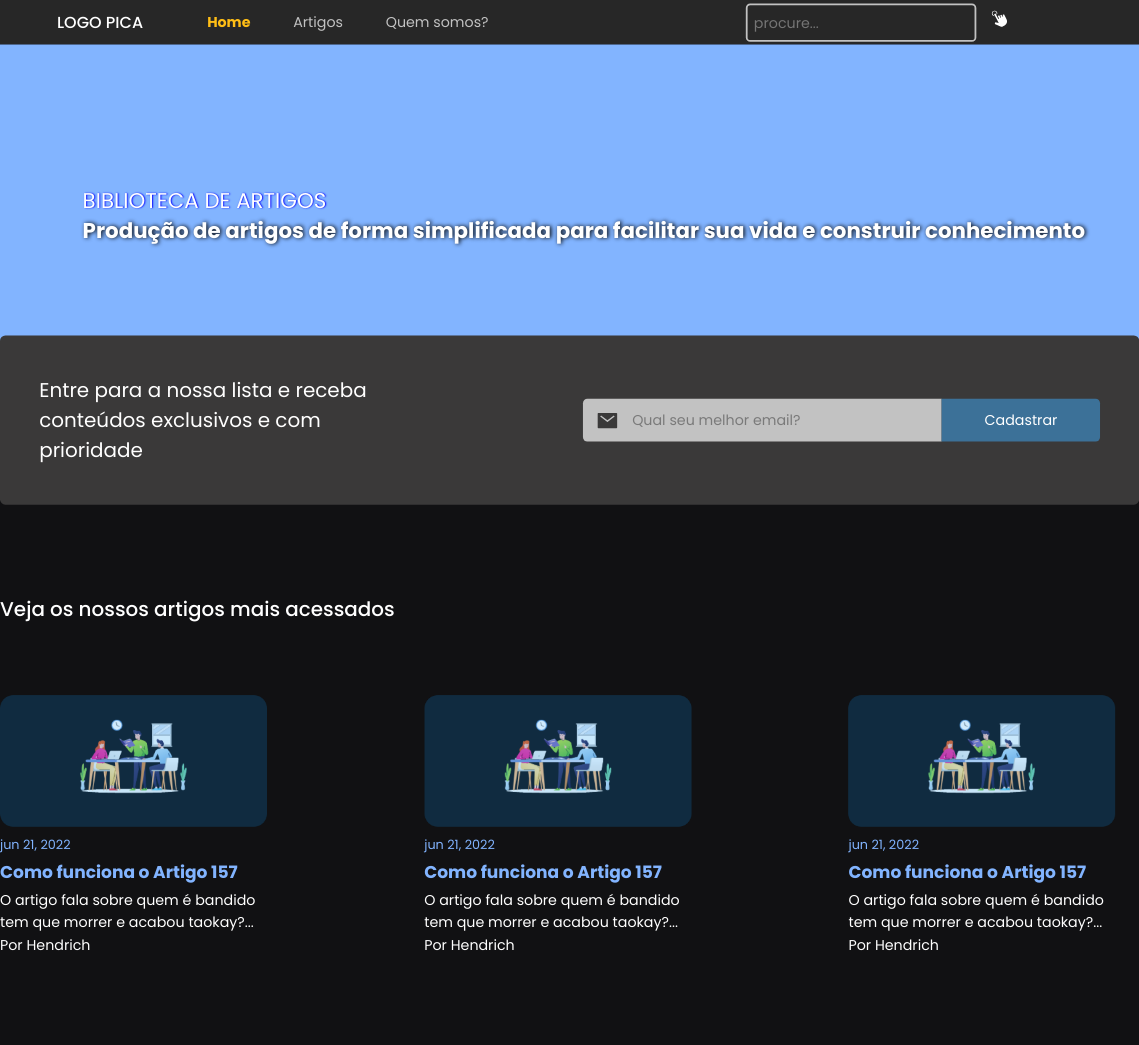
Repository: ArthurHendrich/Inepto
Page: /
An editor plug-in stored every save of this project. The page is shown before and after the next save, followed by the edit.
The browser window is 1280 px wide. The pictures show the whole page, at 89% of full size.
The project was rebuilt for these pictures with package versions that can differ from the ones it lists, and the page was loaded fresh each time. The framework's server and built-in components were replaced by stand-ins that run in the browser. Also part of the build but not shown: next.config.js.

Above is the page before, as saved 2022-07-06 21:22:20.

### src/pages/_app.tsx
import { AppProps } from "next/app";
import { Header } from "../components/header";

import '../styles/global.scss';

function MyApp({ Component, pageProps }: AppProps) {
  return (
    <>
    <Header />
    <Component {...pageProps} />
    </>
  );
}

export default MyApp;

### src/pages/_document.tsx
import Document, { Html, Head, Main, NextScript } from "next/document";

export default class MyDocument extends Document {
  render() {
    return (
      <Html>
        <Head>
          <link rel="preconnect" href="https://fonts.googleapis.com" />
          <link
            href="https://fonts.googleapis.com/css2?family=Poppins:wght@400;500;700;900&display=swap"
            rel="stylesheet"
          />
          <link rel="shortcut icon" href="favicon.png" type="image/png" />
        </Head>
        <body>
          <Main />
          <NextScript />
        </body>
      </Html>
    );
  }
}

### src/pages/index.tsx
import Head from "next/head";

import styles from "../styles/home.module.scss";

import { IoMailSharp } from 'react-icons/io5';

export default function Home() {
  return (
    <>
      <Head>
        <title>Direito Inepto</title>
      </Head>

      <main>
        <section className={styles.headerContainer}>
          <div className={styles.headerText}>
            <h1>BIBLIOTECA DE ARTIGOS</h1>
            <h2>
              Produção de artigos de forma simplificada para facilitar sua vida
              e construir conhecimento
            </h2>
          </div>
        </section>

        <section className={styles.inputContainer}>
          <h2>
            Entre para a nossa lista e receba conteúdos exclusivos e com
            prioridade
          </h2>
          <div className={styles.inputContent}>
            <div className={styles.ContentFake}>
              <IoMailSharp className={styles.mail}/>
              <input type="text" placeholder="Qual seu melhor email?" />
            </div>
              <button>Cadastrar</button>
          </div>
        </section>

        <section className={styles.acessContainer}>
          <div className={styles.acessTitle}>
            Veja os nossos artigos mais acessados
          </div>
          <div className={styles.acessContent}>
            <div className={styles.contentItem}>
              <img src="images/imagemteste.png" alt="teste" />
              <time>jun 21, 2022</time>
              <h2>Como funciona o Artigo 157</h2>
              <p>O artigo fala sobre quem é bandido tem que morrer e acabou taokay?...</p>
              <span>Por Hendrich</span>
            </div>
            <div className={styles.contentItem}>
              <img src="images/imagemteste.png" alt="teste" />
              <time>jun 21, 2022</time>
              <h2>Como funciona o Artigo 157</h2>
              <p>O artigo fala sobre quem é bandido tem que morrer e acabou taokay?...</p>
              <span>Por Hendrich</span>
            </div>
            <div className={styles.contentItem}>
              <img src="images/imagemteste.png" alt="teste" />
              <time>jun 21, 2022</time>
              <h2>Como funciona o Artigo 157</h2>
              <p>O artigo fala sobre quem é bandido tem que morrer e acabou taokay?...</p>
              <span>Por Hendrich</span>
            </div>
          </div>
        </section>
      </main>
    </>
  );
}

### src/components/header/index.tsx
import styles from "./styles.module.scss";
import { GiClick } from "react-icons/gi";
import { ActiveLink } from "../ActiveLink";
import { useState } from "react";



export function Header() {
  const [inputText, setInputText] = useState('');



  return (
    <header className={styles.headerContainer}>
      <div className={styles.headerContent}>
        <div className={styles.headerItens}>
          <div className={styles.headerLogo}>
            <ActiveLink href="/" activeClassName={styles.active}>
              <a>LOGO PICA</a>
            </ActiveLink>
          </div>

          <nav>
            <ActiveLink href="/" activeClassName={styles.active}>
              <a>Home</a>
            </ActiveLink>

            <ActiveLink href="/posts" activeClassName={styles.active}>
              <a>Artigos</a>
            </ActiveLink>

            <ActiveLink href="/sobre" activeClassName={styles.active}>
              <a>Quem somos?</a>
            </ActiveLink>
          </nav>
        </div>

        <div className={styles.headerSearch}>
          <input
            type="text"
            value={inputText}
            placeholder="procure..."
            onChange={(e) => setInputText(e.target.value)}
          />
          <GiClick className={styles.headerSearchIcon}/>
        </div>
      </div>
    </header>
  );
}

### src/styles/global.scss
* {
  margin: 0;
  padding: 0;
  box-sizing: border-box;
}

:root {
  --white: #FFF;

  --gray-100: #C2C2C2;
  --gray-200: #CCCCCC;
  --gray-300: #7a7a7a;
  --gray-400: #3A3939;
  --gray-500: #272727;
  --gray-900: #111113;

  --blue-200: #3C7198;
  --blue-500: #82B4FF;
  --blue-900: #95D2FF;

  --purple-header: #2F1C6A;
  --purple-content: #492E9E;

  --yellow-500: #FFBE16;
}

@media (max-width: 1080px) {
  html {
    font-size: 93.75%;
  }
}

@media (max-width: 720px) {
  html {
    font-size: 87.5%;
  }
}

body{
  background: var(--gray-900);
  color: var(--white);
}

body, input, textarea, select, button {
  font: 400 1rem 'Poppins', sans-serif;
}

button {
  cursor: pointer;
}

a {
  color: inherit;
  text-decoration: none;
}

### src/styles/home.module.scss
.headerContainer {
  min-height: calc(60vh - 3.125rem);
  margin: 0 auto;
  display: flex;
  justify-content: center;
  align-items: center;
  padding: 0 2rem;
  background: var(--blue-500);

  .headerText {
    padding-left: 2rem;

    font-size: rem;

    h1 {
      font-weight: 50;
      cursor: pointer;
      text-shadow: 1px 0px 2px blue;
    }

    h2{
      font-weight: 700;
      line-height: 2rem;
      text-shadow: 1.5px 0px 5px black;
      cursor: pointer;
    }
  }

  img {
    width: 75%
  }
}

.inputContainer {
  max-width: 1475px;
  margin: 0 auto;
  margin-top: -55px;
  margin-bottom: 100px;
  padding: 2.75rem;
  display: flex;
  align-items: center;
  border-radius: 6px;
  background: var(--gray-400);

  h2 {
    font-size: 1.4rem;
    font-weight: 100;
  }

  .inputContent {
    padding-left: 15rem;
    display: flex;
    align-items: center;

    .ContentFake {
      display: flex;
      align-items: center;
      background: var(--gray-100);
      border-top-left-radius: 5px;
      border-bottom-left-radius: 5px;
      height: 3rem;

      input {
        margin-right: 2rem;
        border: none;
        background-color: transparent;
        color: var(--white);
        outline: none;
      }

      .mail{
        height: 25px;
        width: 25px;
        margin-right: 15px;
        margin-left: 15px;
        color: var(--gray-400);
      }
    }

    button {
      text-align: center;
      height: 3rem;
      background-color: var(--blue-200);
      border: 0;
      padding-left: 3rem;
      padding-right: 3rem;
      border-top-right-radius: 5px;
      border-bottom-right-radius: 5px;
      color: var(--white);

      transition: filter ease 0.2s;

      &:hover {
        filter: brightness(1.2);
      }
    }
  }


  *::placeholder {
    color: var(--gray-300);
  }
}


.acessContainer {
  max-width: 1700px;
  margin: 0 auto;

  .acessTitle {
    font-size: 1.4rem;
    font-weight: 500;
    margin-bottom: 80px;
  }

  .acessContent {
    max-width: 1500px;
    margin: 0 auto;


    display: grid;
    grid-template-columns: repeat(3, 1fr);
    gap: 150px;

    .contentItem {
      display: flex;
      flex-direction: column;
      max-width: 300px;

      img {
        width: 100%;
        height: 100%;
        object-fit: cover;
      }

      time {
        margin-top: 10px;
        margin-bottom: 5px;
        font-size: 0.9rem;
        color: var(--blue-500)
      }

      h2 {
        font-size: 1.2rem;
        margin-bottom: 5px;
        color: var(--blue-500)
      }
    }
  }

  margin-bottom: 100px;
}

### src/components/header/styles.module.scss
.headerContainer {
  height: 3.125rem;
  background: var(--gray-500);
  color: var(--white);

}


.headerContent {
  height: 3.125rem;
  margin: 0 auto;
  display: flex;
  padding: 0 4rem;
  align-items: center;
  justify-content: space-between;

  .headerItens {
    display: flex;
    align-items: center;
    justify-content: space-between;

    .headerLogo {
      margin-right: 4rem;
      font-size: 1.125rem;
      font-weight: 500;
    }

    nav {
      height: 6rem;

      a {
        display: inline-block;
        position: relative;
        padding: 0 0.5rem;
        height: 6rem;
        line-height: 6rem;
        color: var(--gray-100);
        transition: color 0.2s;

        & + a {
          margin-left: 2rem;
        }

        &:hover {
          color: var(--white);
        }

        &.active{
          color: var(--yellow-500);
          font-weight: bold;
        }
      }
    }
  }

  .headerSearch {
    padding: 0 0.5rem;

    input {
      margin-right: 1rem;
      border: 2px solid var(--gray-100);
      border-radius: 5px;
      background: transparent;
      width: 70%;
      padding: 0.4375rem 0.4375rem;
      color: var(--gray-300);
    }

    .headerSearchIcon {
      height: 20px;
      width: 20px;
      cursor: pointer;

      transition: all 0.2s;

      &:hover {
        color: var(--yellow-500);
        filter: brightness(0.9);
      }
    }
  }
}

### src/components/ActiveLink/index.tsx
import Link, { LinkProps } from "next/link";
import { useRouter } from "next/router";
import { cloneElement, ReactElement } from "react";

interface ActiveLinkProps extends LinkProps {
  children: ReactElement;
  activeClassName: string;
}

export function ActiveLink ({ children, activeClassName, ...rest }: ActiveLinkProps) {
  const { asPath } = useRouter();

  const className = asPath === rest.href ? activeClassName : '';


  return (
    <Link {...rest}>
      {cloneElement(children, { className })}
    </Link>
  )
}

After the next save:
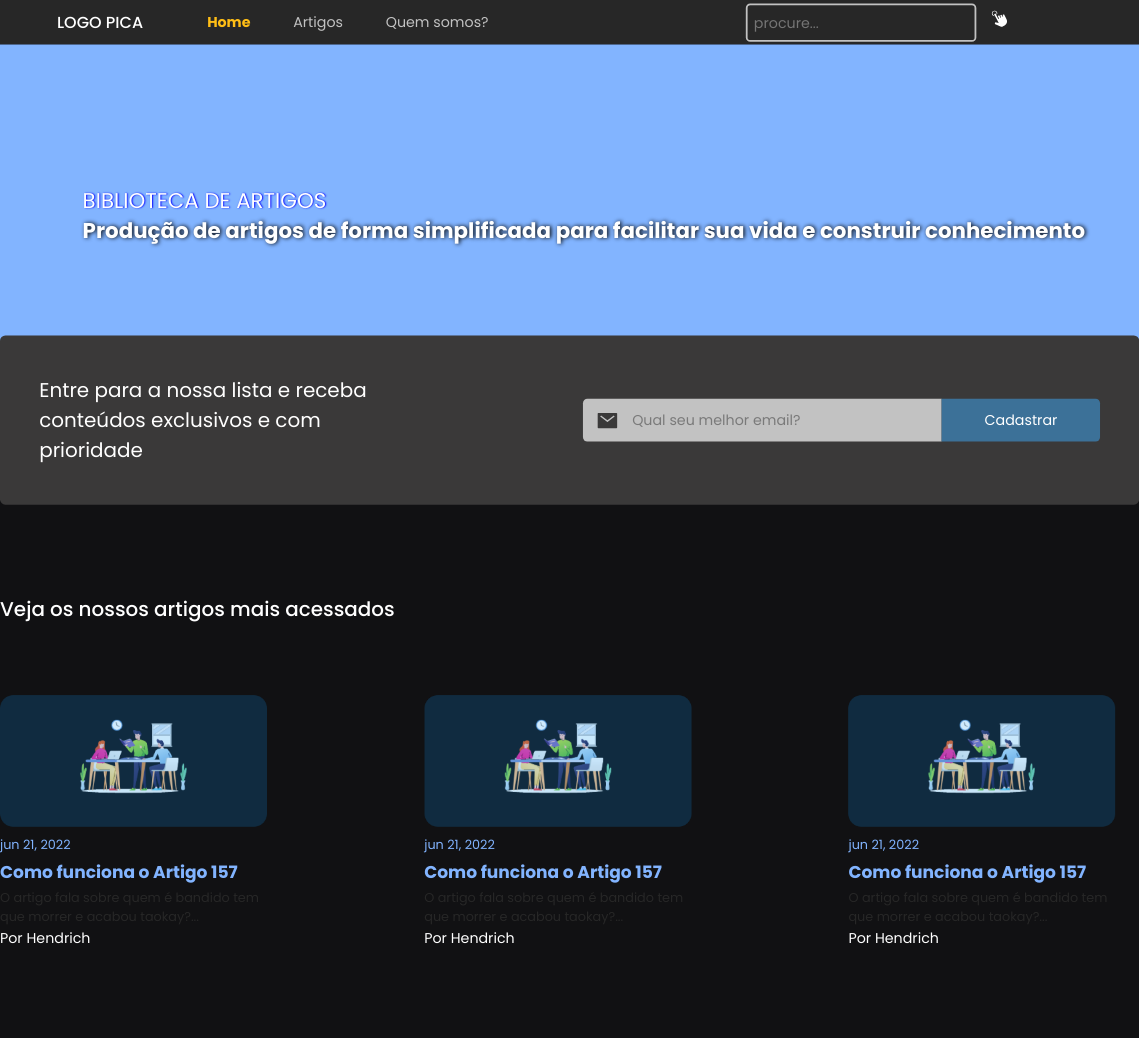
Saved 7 s later.
--- a/src/styles/home.module.scss
+++ b/src/styles/home.module.scss
@@ -145,6 +145,11 @@
         margin-bottom: 5px;
         color: var(--blue-500)
       }
+
+      p {
+        font-size: 0.9rem;
+        color: var(--gray-500);
+      }
     }
   }
 
